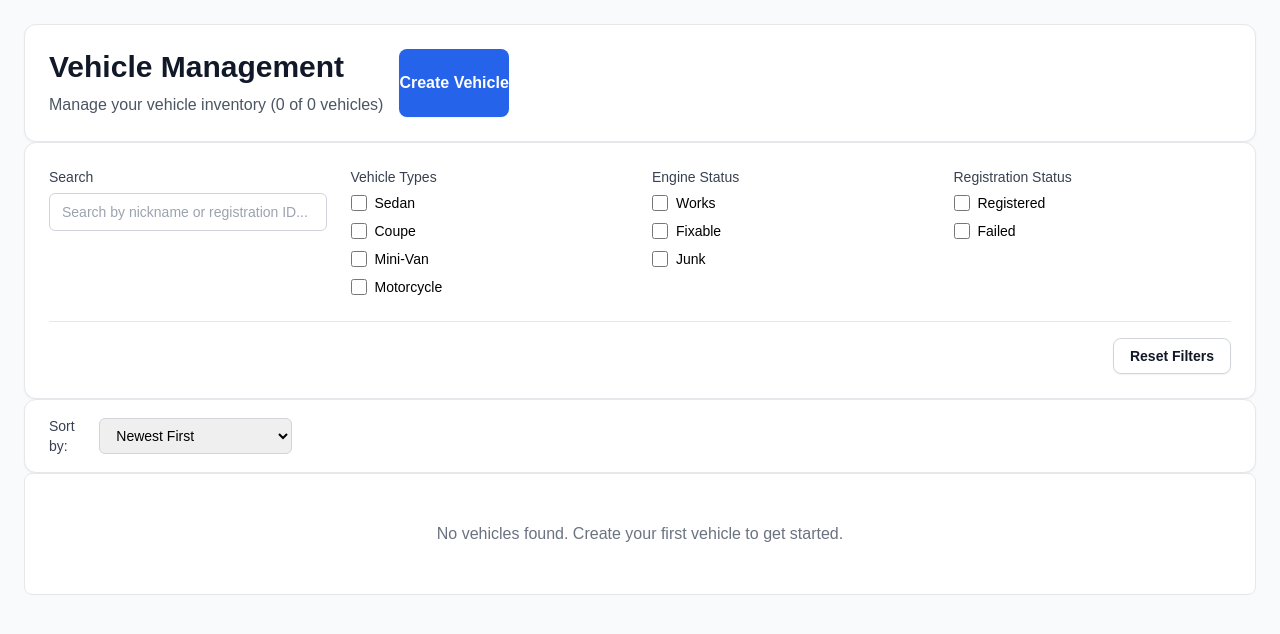
Repository: atomek88/vehicle-store
Page: /vehicles
These files come from the project's save history. The page is drawn as it stood at one moment and after the next save; the edit follows.
The browser window is 1280 px wide. The pictures show the whole page.
The project was rebuilt for these pictures with package versions that can differ from the ones it lists, and the page was loaded fresh each time. The framework's server and built-in components were replaced by stand-ins that run in the browser. Also part of the build but not shown: next.config.ts, src/components/ui/Badge.tsx, src/components/vehicle/SedanFields.tsx, src/components/vehicle/CoupeFields.tsx, src/components/vehicle/MiniVanFields.tsx, src/components/vehicle/MotorcycleFields.tsx, src/components/vehicle/VehicleForm.tsx, src/components/ui/ConfirmDialog.tsx.

Above is the page before, as saved 2026-01-21 00:21:45.

After the next save:
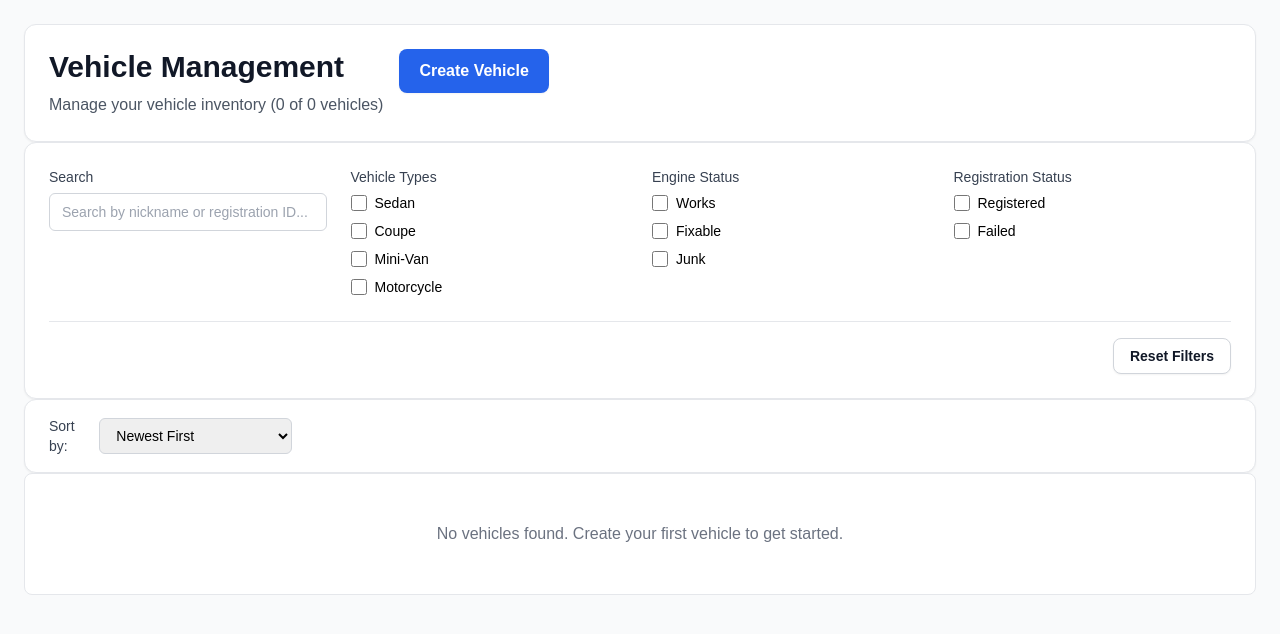
Saved 11 s later.
--- a/src/components/ui/Button.tsx
+++ b/src/components/ui/Button.tsx
@@ -25,7 +25,7 @@ export const Button = forwardRef<HTMLButtonElement, ButtonProps>(
               variant === 'ghost',
           },
           {
-            'h-11 px-5 py-2.5 text-base': size === 'default',
+            'h-11 px-5 py-2.5 text-base': size === 'md',
             'h-9 px-4 py-2 text-sm': size === 'sm',
             'h-12 px-8 py-3 text-lg': size === 'lg',
           },
